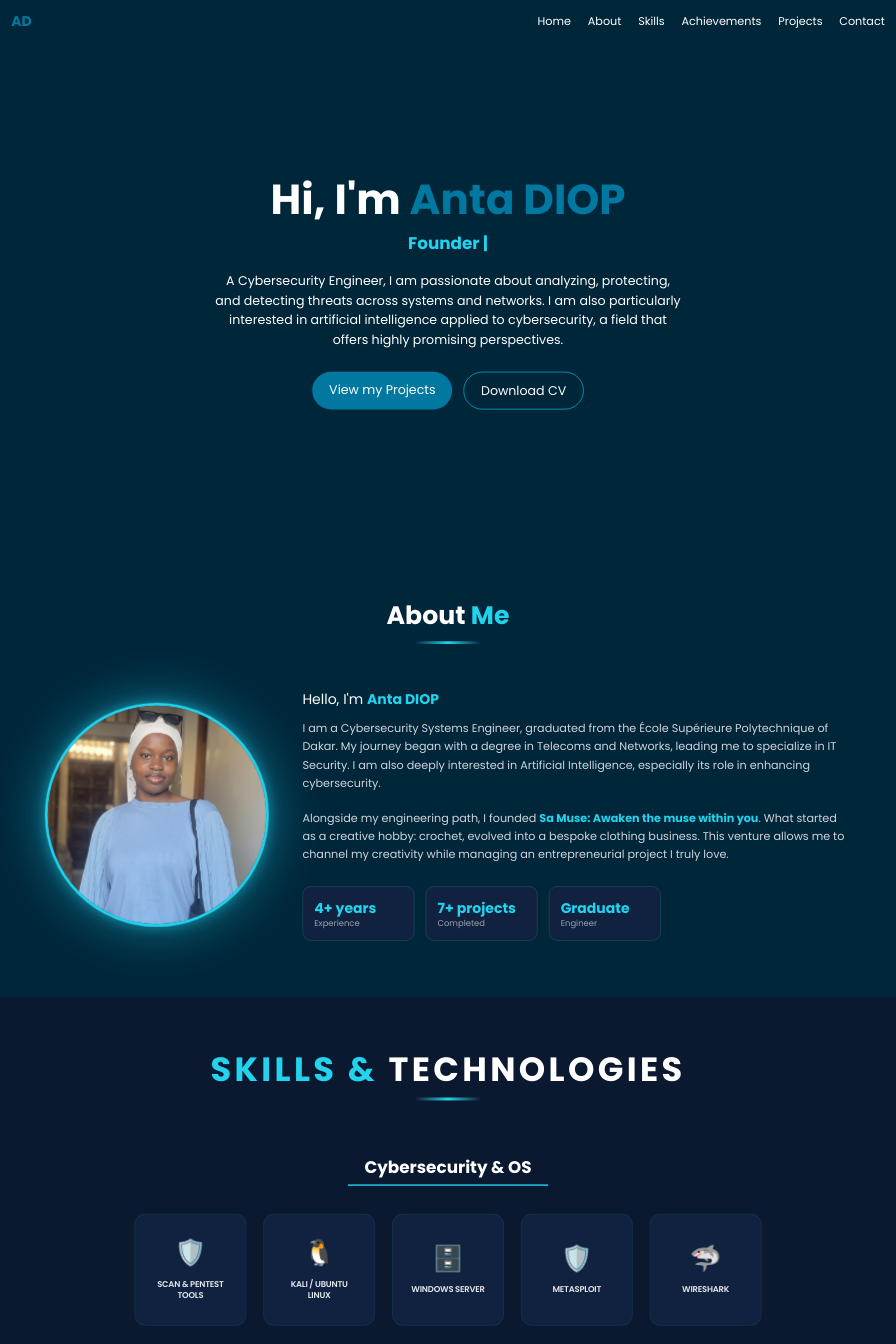
Repository: AntaaaKD/Mon-Portfolio
Page: /
An editor plug-in stored every save of this project. The page is shown before and after a run of saves, followed by the edit.
The browser window is 1280 px wide. The pictures show the part of the page from y = 0 to 1920 px (the page is 8636 px tall), at 70% of full size.
The project was rebuilt for these pictures with package versions that can differ from the ones it lists, and the page was loaded fresh each time.

Above is the page before, as saved 2026-01-15 10:39:44.

### public/index.html
<!DOCTYPE html>
<html lang="en">
  <link href="https://fonts.googleapis.com/css2?family=Poppins:wght@400;600;700&display=swap" rel="stylesheet">
  <head>
    <meta charset="utf-8" />
    <link rel="icon" href="%PUBLIC_URL%/favicon.ico" />
    <meta name="viewport" content="width=device-width, initial-scale=1" />
    <meta name="theme-color" content="#000000" />
    <meta
      name="description"
      content="Web site created using create-react-app"
    />
    <link rel="apple-touch-icon" href="%PUBLIC_URL%/logo192.png" />
    <!--
      manifest.json provides metadata used when your web app is installed on a
      user's mobile device or desktop. See https://developers.google.com/web/fundamentals/web-app-manifest/
    -->
    <link rel="manifest" href="%PUBLIC_URL%/manifest.json" />
    <!--
      Notice the use of %PUBLIC_URL% in the tags above.
      It will be replaced with the URL of the `public` folder during the build.
      Only files inside the `public` folder can be referenced from the HTML.

      Unlike "/favicon.ico" or "favicon.ico", "%PUBLIC_URL%/favicon.ico" will
      work correctly both with client-side routing and a non-root public URL.
      Learn how to configure a non-root public URL by running `npm run build`.
    -->
    <title>React App</title>
  </head>
  <body>
    <noscript>You need to enable JavaScript to run this app.</noscript>
    <div id="root"></div>
    <!--
      This HTML file is a template.
      If you open it directly in the browser, you will see an empty page.

      You can add webfonts, meta tags, or analytics to this file.
      The build step will place the bundled scripts into the <body> tag.

      To begin the development, run `npm start` or `yarn start`.
      To create a production bundle, use `npm run build` or `yarn build`.
    -->
  </body>
</html>

### src/index.css
@tailwind base;
@tailwind components;
@tailwind utilities;

body {
  margin: 0;
  font-family: 'Poppins', sans-serif;
  -webkit-font-smoothing: antialiased;
  -moz-osx-font-smoothing: grayscale;
}

code {
  font-family: source-code-pro, Menlo, Monaco, Consolas, 'Courier New',
    monospace;
}

### src/components/Navbar.jsx
import React, { useState, useEffect } from 'react';

const Navbar = () => {
  const [scrolled, setScrolled] = useState(false);

  useEffect(() => {
    const handleScroll = () => {
      if (window.scrollY > 50) {
        setScrolled(true);
      } else {
        setScrolled(false);
      }
    };

    window.addEventListener('scroll', handleScroll);
    return () => window.removeEventListener('scroll', handleScroll);
  }, []);

  return (
    <nav
        className={`p-4 sticky top-0 z-10 transition-all duration-300 ${
            scrolled
            ? 'bg-custom-blue bg-opacity-0 backdrop-blur-md'  // Semi-transparent (30%) + blur fort
            : 'bg-custom-blue'  // Bleu solide au top
        }`}
    >
        <div className="container mx-auto flex justify-between items-center">
            <h1 className="text-xl font-bold text-blue-text">AD</h1>
            <ul className="flex space-x-6 text-white">
            <li><a href="#home" className="hover:text-cyan-300">Home</a></li>
            <li><a href="#about" className="hover:text-cyan-300">About</a></li>
            <li><a href="#skills" className="hover:text-cyan-300">Skills</a></li>
            <li><a href="#achievements" className="hover:text-cyan-300">Achievements</a></li>
            <li><a href="#projects" className="hover:text-cyan-300">Projects</a></li>
            <li><a href="#contact" className="hover:text-cyan-300">Contact</a></li>
            </ul>
        </div>
    </nav>
  );
};

export default Navbar;

### src/components/Home.jsx
import React, { useEffect, useRef } from 'react';
import Typed from 'typed.js';

const Home = () => {
  // Création d'une référence pour l'élément qui accueillera l'animation
  const el = useRef(null);

  useEffect(() => {
    const typed = new Typed(el.current, {
      strings: [
        "Cybersecurity Engineer",
        "Founder of Sa Muse",
      ],
      typeSpeed: 100,
      backSpeed: 90,
      loop: true,
    });

    // Nettoyage de l'animation pour éviter les bugs de mémoire
    return () => {
      typed.destroy();
    };
  }, []);

  return (
    <section id="home" className="flex flex-col items-center justify-center h-screen text-center px-4">
      <h1 className="text-6xl font-bold mb-4">
        Hi, I'm <span className="text-blue-text">Anta DIOP</span>
      </h1>

      {/* On applique la ref ici pour l'animation */}
      <h2 className="text-2xl font-bold text-cyan-400 mb-6 h-8">
        <span ref={el}></span>
      </h2>

      <p className="text-lg mb-8 max-w-2xl">
        A Cybersecurity Engineer, I am passionate about analyzing, protecting, and detecting threats across systems and networks.
        I am also particularly interested in artificial intelligence applied to cybersecurity, a field that offers highly promising perspectives.
      </p>

      <div className="flex space-x-4">
        <a href="#projects" className="bg-blue-text text-lg px-6 py-3 rounded-full hover:bg-cyan-400 transition">
            View my Projects
        </a>
        <a href="/cv.pdf" download className="px-6 py-3 rounded-full border border-cyan-500 text-lg hover:bg-cyan-500 hover:text-custom-blue transition">
            Download CV
        </a>
      </div>
    </section>
  );
};

export default Home;

### src/components/About.jsx
import React from 'react';

const About = () => {
  return (
    <section id="about" className="py-20 px-4 bg-custom-blue text-white">
      <div className="max-w-6xl mx-auto">
        {/* Titre de la section */}
        <h2 className="text-4xl font-bold text-center mb-16">
          About <span className="text-cyan-400">Me</span>
          <div className="h-1 w-24 bg-gradient-to-r from-transparent via-cyan-400 to-transparent mx-auto mt-4 rounded-full"></div>
        </h2>


        <div className="flex flex-col md:flex-row items-center justify-between gap-12">

          {/* Colonne Image avec l'effet de halo bleu */}
          <div className="relative w-64 h-64 md:w-80 md:h-80">
            <div className="absolute inset-0 rounded-full bg-cyan-400 opacity-20 blur-2xl animate-pulse"></div>
            <div className="relative w-full h-full rounded-full border-4 border-cyan-400 overflow-hidden shadow-[0_0_20px_rgba(34,211,238,0.5)]">
              <img
                src="/image1.png"
                alt="Anta DIOP"
                className="w-full h-full object-cover"
              />
            </div>
          </div>

          {/* Colonne Texte */}
          <div className="flex-1 text-center md:text-left">
            <h3 className="text-xl mb-4">
              Hello, I'm <span className="text-cyan-400 font-bold">Anta DIOP</span>
            </h3>
            <p className="text-gray-300 mb-6 leading-relaxed">
              I am a Cybersecurity Systems Engineer, graduated from the École Supérieure Polytechnique of Dakar.
              My journey began with a degree in Telecoms and Networks, leading me to specialize in IT Security.
              I am also deeply interested in Artificial Intelligence, especially its role in enhancing cybersecurity.
            </p>
            <p className="text-gray-300 mb-8 leading-relaxed">
              Alongside my engineering path, I founded <span className="text-cyan-400 font-bold"> Sa Muse: Awaken the muse within you</span>.
              What started as a creative hobby: crochet, evolved into a bespoke clothing business. This venture allows me to channel my creativity while managing an entrepreneurial project I truly love.
            </p>

            {/* Cartes de statistiques (comme sur le modèle) */}
            <div className="flex flex-wrap justify-center md:justify-start gap-4">
              <div className="bg-[#112240] p-4 rounded-xl border border-cyan-900 w-40">
                <p className="text-cyan-400 font-bold text-xl">4+ years</p>
                <p className="text-xs text-gray-400">Experience</p>
              </div>
              <div className="bg-[#112240] p-4 rounded-xl border border-cyan-900 w-40">
                <p className="text-cyan-400 font-bold text-xl">7+ projects</p>
                <p className="text-xs text-gray-400">Completed</p>
              </div>
              <div className="bg-[#112240] p-4 rounded-xl border border-cyan-900 w-40">
                <p className="text-cyan-400 font-bold text-xl">Graduate</p>
                <p className="text-xs text-gray-400">Engineer</p>
              </div>
            </div>
          </div>

        </div>
      </div>
    </section>
  );
};

export default About;

### src/components/Skills.jsx
import React from 'react';

const Skills = () => {
  const skillCategories = [
    {
      domain: "Cybersecurity & OS",
      tools: [
        { name: 'Scan & Pentest Tools', icon: '🛡️' },
        { name: 'Kali / Ubuntu Linux', icon: '🐧' },
        { name: 'Windows Server', icon: '🗄️' },
        { name: 'Metasploit', icon: '🛡️' },
        { name: 'Wireshark', icon: '🦈' }
      ]
    },
    {
      domain: "Networks & Simulation",
      tools: [
        { name: 'VLAN Deployment', icon: '🔌' },
        { name: 'DHCP / DNS / SSH', icon: '🌐' },
        { name: 'Cisco Packet Tracer', icon: '📡' },
        { name: 'GNS3', icon: '🛰️' }
      ]
    },
    {
      domain: "Programming & Web Development",
      tools: [
        { name: 'Python', icon: '🐍' },
        { name: 'JavaScript', icon: '📜' },
        { name: 'React', icon: '⚛️' },
        { name: 'HTML5 / CSS3', icon: '💻' },
        { name: 'Low Code / No Code', icon: '⚙️' },
      ]
    },
    {
      domain: "Data & Infrastructure",
      tools: [
        { name: 'Machine Learning', icon: '🧠' },
        { name: 'SQL', icon: '📊' },
        { name: 'Docker', icon: '🐳' },
        { name: 'VMware / Virtualbox', icon: '🖥️' },
        { name: 'GitHub', icon: '🐙' }
      ]
    }
  ];

  return (
    <section id="skills" className="py-20 bg-[#0a192f] text-white">
      <div className="max-w-6xl mx-auto px-4">
        <h2 className="text-5xl font-bold text-center mb-20 text-cyan-400 uppercase tracking-widest">
          Skills & <span className="text-white">Technologies</span>
          <div className="h-1 w-24 bg-gradient-to-r from-transparent via-cyan-400 to-transparent mx-auto mt-4 rounded-full"></div>
        </h2>

        <div className="space-y-20">
          {skillCategories.map((category, idx) => (
            <div key={idx} className="flex flex-col items-center">
              {/* Titre du domaine bien centré */}
              <h3 className="text-2xl font-bold mb-10 text-white border-b-2 border-cyan-400 pb-2 px-6">
                {category.domain}
              </h3>

              {/* Grille des outils centrée */}
              <div className="flex flex-wrap justify-center gap-6 w-full">
                {category.tools.map((tool, index) => (
                  <div
                    key={index}
                    className="bg-[#112240] p-6 rounded-2xl border border-cyan-900/40 flex flex-col items-center justify-center w-40 h-40 transition-all duration-300 hover:border-cyan-400 hover:-translate-y-2 hover:shadow-[0_0_20px_rgba(34,211,238,0.15)] group"
                  >
                    <div className="text-4xl mb-4 group-hover:scale-110 transition-transform">
                      {tool.icon}
                    </div>
                    <h4 className="text-xs font-semibold text-gray-200 text-center uppercase tracking-tight">
                      {tool.name}
                    </h4>
                  </div>
                ))}
              </div>
            </div>
          ))}
        </div>
      </div>
    </section>
  );
};

export default Skills;

### src/components/Community.jsx
import React from 'react';
import { Users, Globe, ShieldCheck, Heart } from 'lucide-react';

const Community = () => {
  const experiences = [
    {
      organization: "WiMLDS Dakar",
      role: "Secretary General",
      icon: <Users className="text-pink-400" />,
      description: "Community dedicated to supporting women in Machine Learning and Data Science. I oversee administration and ensure the smooth execution of all community activities and initiatives.",
      tags: ["Leadership", "Gender Diversity", "AI"]
    },
    {
      organization: "Cyber221",
      role: "Digital Ambassador",
      icon: <ShieldCheck className="text-cyan-400" />,
      description: "Promoting cybersecurity culture and digital education in Senegal. Focused on online safety for children and fostering responsible digital behavior among citizens.",
      tags: ["Cyber Awareness", "Education", "Digital Safety"]
    },
    {
      organization: "Galsen AI",
      role: "MeetUp & Program Organizer",
      icon: <Globe className="text-blue-400" />,
      description: "Coordinating workshops and conferences focused on AI, Big Data, and IoT. Managing logistics and collaborating with speakers to enrich the tech ecosystem in Senegal.",
      tags: ["Event Planning", "AI Outreach", "Networking"]
    },
    {
      organization: "Association Xeweul bi",
      role: "Active Member",
      icon: <Heart className="text-red-400" />,
      description: "Providing holistic support to homeless and underprivileged individuals. Working to restore dignity and social integration through essential needs assistance.",
      tags: ["Social Impact", "Volunteerism", "Community"]
    }
  ];

  return (
    <section id="community" className="w-full py-24 bg-transparent text-white">
      <div className="max-w-6xl mx-auto px-4">

        <div className="text-center mb-16">
          <h2 className="text-5xl font-extrabold text-cyan-400  tracking-tighter">
            Community  <span className="text-white">Engagement</span>

          <div className="h-1 w-24 bg-gradient-to-r from-transparent via-cyan-400 to-transparent mx-auto mt-4 rounded-full"></div>
          </h2>
          <p className="text-gray-400 mt-4 italic">Active involvement in promoting technology, cybersecurity, and social impact within the Senegalese ecosystem.</p>
        </div>


        <div className="grid grid-cols-1 md:grid-cols-2 gap-8">
          {experiences.map((exp, index) => (
            <div
              key={index}
              className="bg-[#112240] p-8 rounded-2xl border border-cyan-900/30 hover:border-cyan-400/50 transition-all duration-300 shadow-xl group"
            >
              <div className="flex items-start gap-6">
                <div className="p-4 bg-[#0a192f] rounded-xl group-hover:scale-110 transition-transform shadow-inner">
                  {exp.icon}
                </div>

                <div className="flex-1">
                  <h3 className="text-2xl font-bold text-white group-hover:text-cyan-400 transition-colors">
                    {exp.organization}
                  </h3>
                  <h4 className="text-cyan-500 font-medium mb-4 italic">
                    {exp.role}
                  </h4>
                  <p className="text-gray-400 text-sm leading-relaxed mb-6">
                    {exp.description}
                  </p>

                  <div className="flex flex-wrap gap-2">
                    {exp.tags.map((tag, i) => (
                      <span key={i} className="text-[10px] uppercase font-bold tracking-widest text-gray-500 border border-gray-700 px-2 py-0.5 rounded">
                        {tag}
                      </span>
                    ))}
                  </div>
                </div>
              </div>
            </div>
          ))}
        </div>
      </div>
    </section>
  );
};

export default Community;

### src/components/Contact.jsx
import React from 'react';
import { Mail, Linkedin, Github, ExternalLink } from 'lucide-react';

const Contact = () => {
  const contactLinks = [
    {
      name: "Email",
      value: "Soxna Anta",
      icon: <Mail size={28} />,
      link: "mailto:soxnaanta844@gmail.com",
      color: "hover:text-red-400"
    },
    {
      name: "LinkedIn",
      value: "Anta DIOP",
      icon: <Linkedin size={28} />,
      link: "https://www.linkedin.com/in/anta-diop-2332092a1/",
      color: "hover:text-blue-400"
    },
    {
      name: "GitHub",
      value: "AntaaaKD",
      icon: <Github size={28} />,
      link: "https://github.com/AntaaaKD",
      color: "hover:text-gray-400"
    }
  ];

  return (
    <section id="contact" className="w-full py-24 bg-transparent text-white">
      <div className="max-w-4xl mx-auto px-4 text-center">
        <h2 className="text-5xl font-extrabold text-cyan-400 mb-6 tracking-tighter">
          Let's <span className="text-white">Connect</span>
        </h2>

        <p className="text-gray-400 mb-16 max-w-2xl mx-auto text-lg">
          I'm always open to discussing <span className="text-cyan-400">Cybersecurity</span> research,
          AI projects, or professional opportunities.
        </p>

        <div className="grid grid-cols-1 md:grid-cols-3 gap-8">
          {contactLinks.map((contact, index) => (
            <a
              key={index}
              href={contact.link}
              target="_blank"
              rel="noopener noreferrer"
              className={`bg-[#112240] p-10 rounded-3xl border border-cyan-900/30 transition-all duration-300 group shadow-xl flex flex-col items-center hover:border-cyan-400/50 hover:-translate-y-3`}
            >
              {/* Icône avec cercle de fond */}
              <div className="w-16 h-16 bg-[#0a192f] rounded-2xl flex items-center justify-center mb-6 text-cyan-400 group-hover:scale-110 group-hover:bg-cyan-400 group-hover:text-[#0a192f] transition-all duration-300 shadow-inner">
                {contact.icon}
              </div>

              <h3 className="text-xl font-bold mb-2 text-white">{contact.name}</h3>
              <p className="text-gray-400 text-sm mb-4 break-all">{contact.value}</p>

              {/* Petit indicateur d'action */}
              <div className="flex items-center text-xs font-bold text-cyan-500 uppercase tracking-widest opacity-0 group-hover:opacity-100 transition-opacity">
                <span>Contact Me</span>
                <ExternalLink size={12} className="ml-2" />
              </div>
            </a>
          ))}
        </div>

        {/* Footer simple */}
        <div className="mt-32 pt-10 border-t border-cyan-900/20 text-gray-500 text-sm">
          <p>© {2025} — Made with love by Anta DIOP❤️</p>
          <p>Well, there you have it, now you know everything about me... 😎✌🏽️😂</p>
        </div>
      </div>
    </section>
  );
};

export default Contact;

Loaded but not shown: src/index.js (common file); src/reportWebVitals.js (common file); src/App.js (28 lines, source omitted); tailwind.config.js (15 lines, source omitted); src/components/Projects.jsx (110 lines, source omitted); src/components/Achievements.jsx (104 lines, source omitted)

After the next 2 saves:
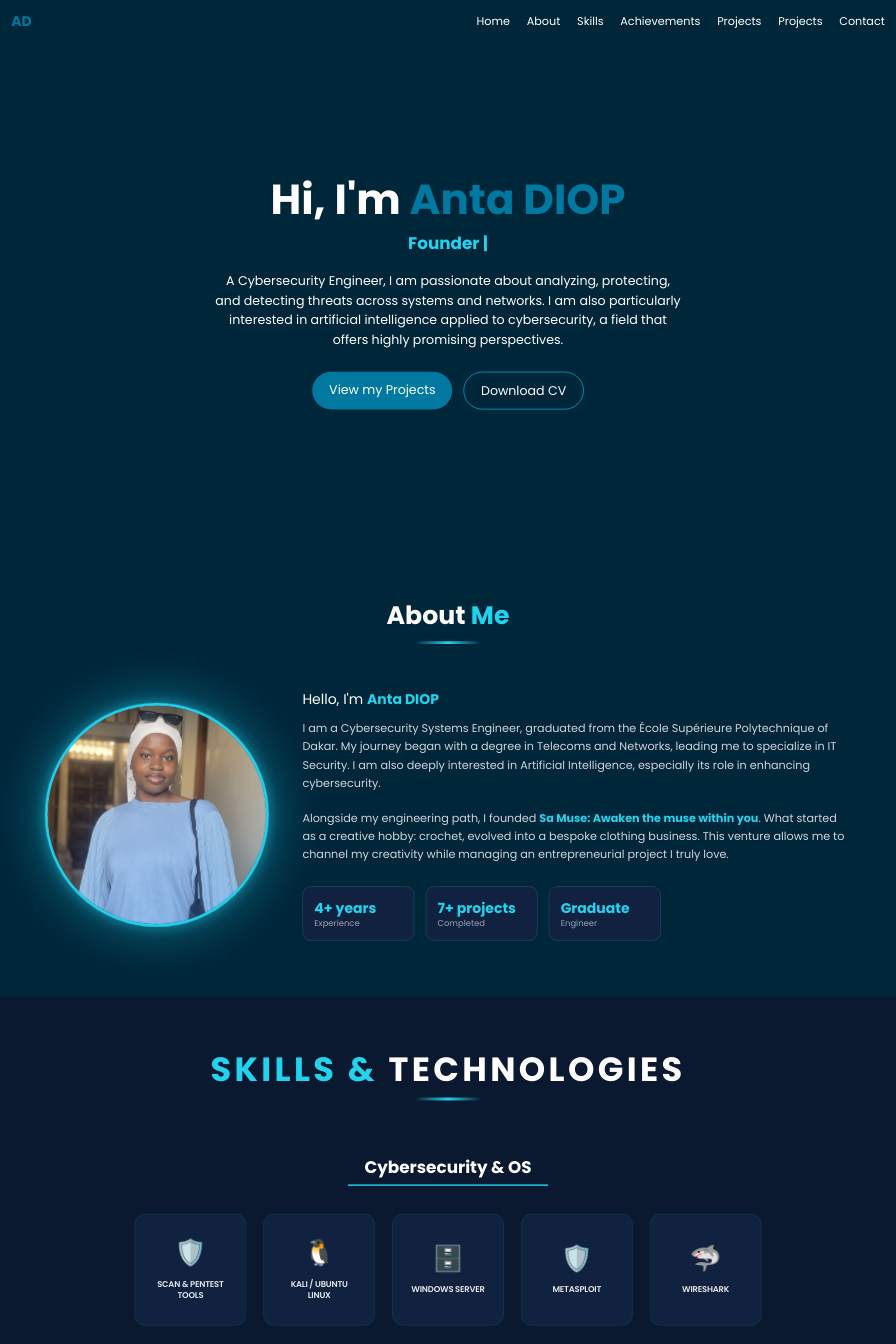
The 2 saves are shown as one change because they came seconds apart.
The last was saved 24 s later.
--- a/src/components/Navbar.jsx
+++ b/src/components/Navbar.jsx
@@ -32,6 +32,7 @@ const Navbar = () => {
             <li><a href="#skills" className="hover:text-cyan-300">Skills</a></li>
             <li><a href="#achievements" className="hover:text-cyan-300">Achievements</a></li>
             <li><a href="#projects" className="hover:text-cyan-300">Projects</a></li>
+            <li><a href="#projects" className="hover:text-cyan-300">Projects</a></li>
             <li><a href="#contact" className="hover:text-cyan-300">Contact</a></li>
             </ul>
         </div>
